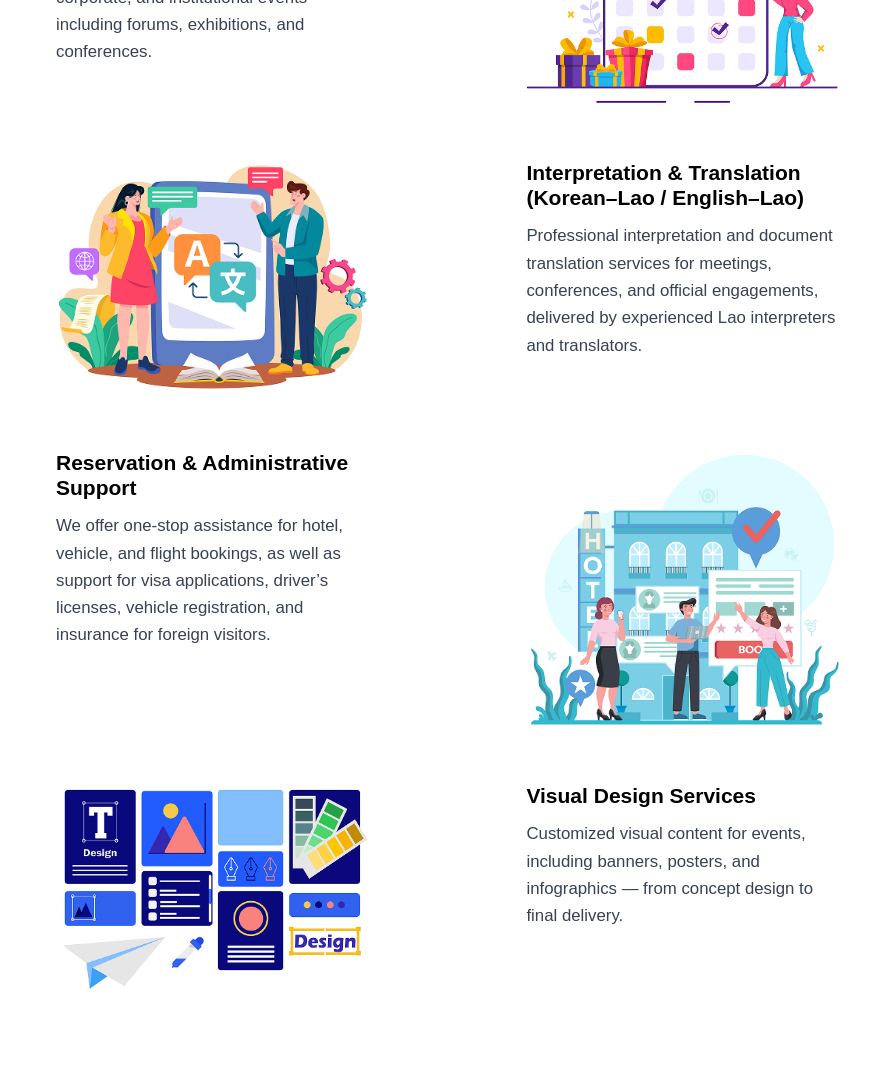
Repository: Phailin-teamplate/siri-service-web
Page: /
These files come from the project's save history. The page is drawn as it stood at one moment and after the next save; the edit follows.
The browser window is 1280 px wide. The pictures show the part of the page from y = 1847 to 3767 px (the page is 3389 px tall before and 3767 px after), at 70% of full size.
The project was rebuilt for these pictures with package versions that can differ from the ones it lists, and the page was loaded fresh each time. The framework's server and built-in components were replaced by stand-ins that run in the browser. Also part of the build but not shown: next.config.ts.

Above is the page before, as saved 2025-07-02 15:27:07.

After the next save:
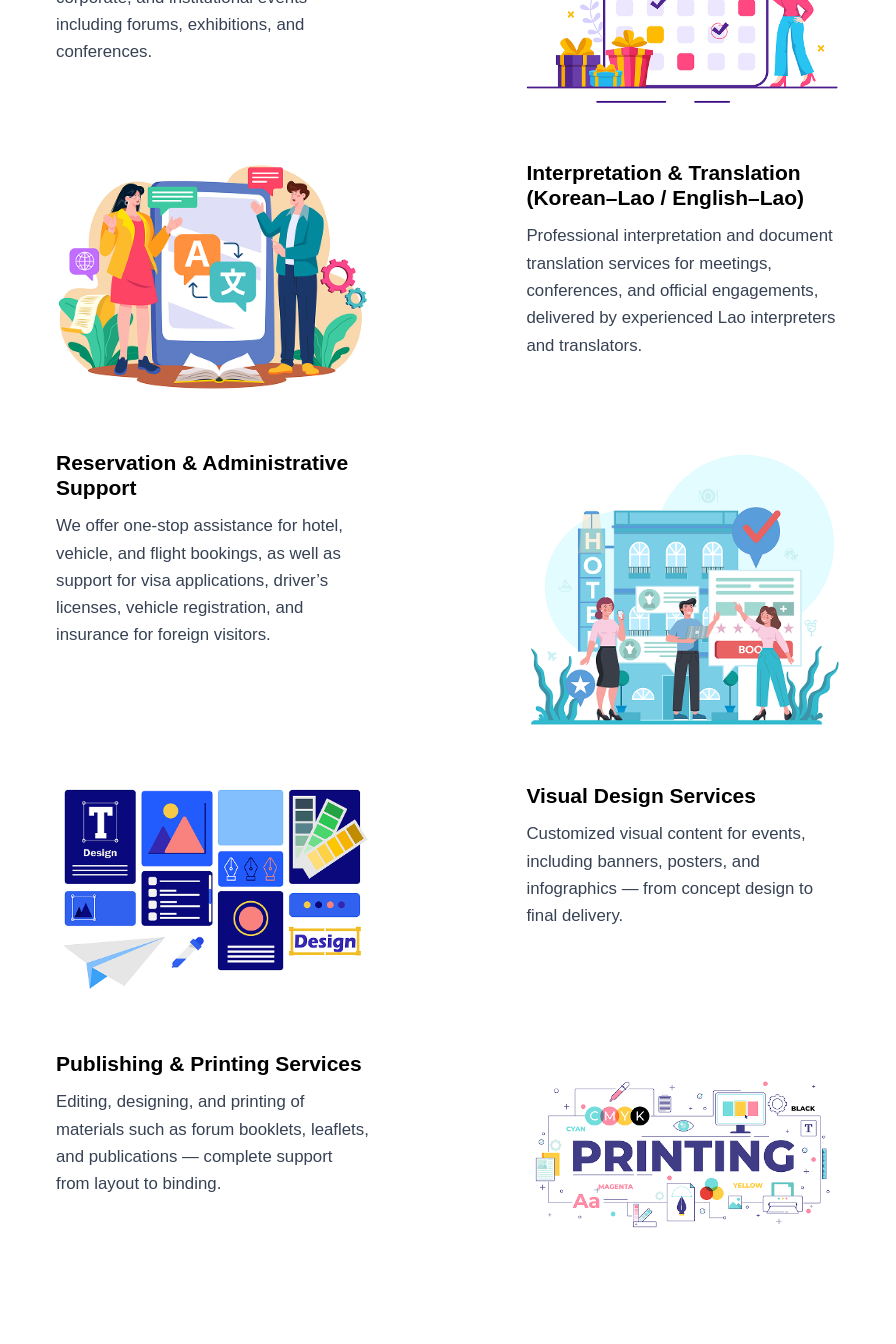
Saved 116 s later.
--- a/src/components/Service.tsx
+++ b/src/components/Service.tsx
@@ -6,6 +6,7 @@
 import Service2 from "@/public/service/service2.png";
 import Service3 from "@/public/service/service3.png";
 import Service4 from "@/public/service/service4.png";
+import Service5 from "@/public/service/service5.png";
 
 export const metadata: Metadata = {
   title: "Teamplate",
@@ -134,6 +135,33 @@
       </p>
     </div>
   </div>
+  {/* Service 5 */}
+  <div className="flex flex-col md:flex-row items-start justify-between gap-6 md:gap-5">
+    {/* Text */}
+    <div className="w-full md:w-1/2 max-w-md text-center md:text-left">
+      <h1 className="text-black text-3xl md:text-3xl font-semibold mb-4">
+        Publishing & Printing Services
+      </h1>
+      <p className="text-gray-700 text-2xl md:text-2xl font-normal leading-relaxed">
+        Editing, designing, and printing of<br />
+        materials such as forum booklets, leaflets,<br />
+        and publications — complete support<br />
+        from layout to binding.
+      </p>
+    </div>
+
+    {/* Image */}
+    <div className="w-full md:w-1/2 max-w-md">
+      <Image
+        src={Service5}
+        alt="Service5"
+        width={500}
+        height={340}
+        className="object-cover w-full h-auto rounded-xl"
+        priority
+      />
+    </div>
+  </div>
 </div>
 
     </div>
